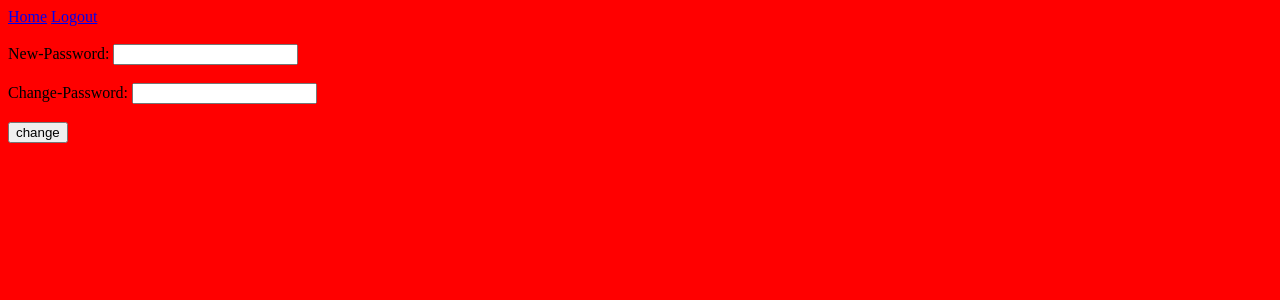
Repository: pawankumarsharm/UST_JDBC_SERVLET
Page: jdbc/empwebapp/WebContent/changepassword.html
An editor plug-in stored every save of this project. The page is shown before and after the next save, followed by the edit.
The browser window is 1280 px wide. The pictures show the whole page.

Above is the page before, as saved 2019-11-15 09:29:52.

### jdbc/empwebapp/WebContent/changepassword.html
<!DOCTYPE html>
<html>
<head>
<meta charset="ISO-8859-1">
<title>Insert title here</title>
</head>
<body bgcolor="red">
<form action="">
		<a href="#" style="align-left">Home</a>  <a href="#" style="align-right">Logout</a><br><br>
		New-Password: <input name="password" type="text"><br><br>
		Change-Password: <input type="text" name="confirmpassword"><br><br>
		<input type="submit" value ="change"><br>
	</form>

</body>
</html>

After the next save:
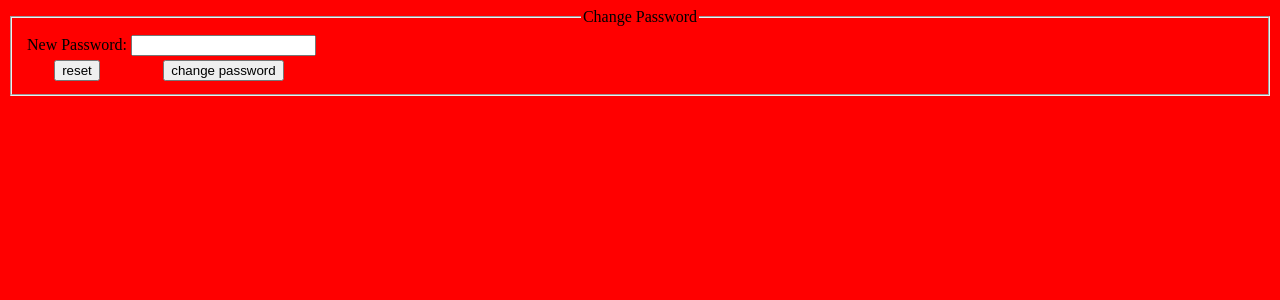
Saved 3 min 19 s later.
--- a/jdbc/empwebapp/WebContent/changepassword.html
+++ b/jdbc/empwebapp/WebContent/changepassword.html
@@ -5,12 +5,27 @@
 <title>Insert title here</title>
 </head>
 <body bgcolor="red">
-<form action="">
-		<a href="#" style="align-left">Home</a>  <a href="#" style="align-right">Logout</a><br><br>
-		New-Password: <input name="password" type="text"><br><br>
-		Change-Password: <input type="text" name="confirmpassword"><br><br>
-		<input type="submit" value ="change"><br>
+<fieldset align="center">
+<legend>Change Password</legend>
+<form action="" method="post">
+<table>
+<tr>
+<td>New Password:</td>
+<td> <input name="password" type="password"></td>
+</tr>
+<tr>
+<td><input type="submit" value ="reset"></td>
+<td><input type="reset" value ="change password"></td>
+</tr>
+
+
+
+
+
+</table>
+
+
 	</form>
-
+</fieldset>
 </body>
 </html>
